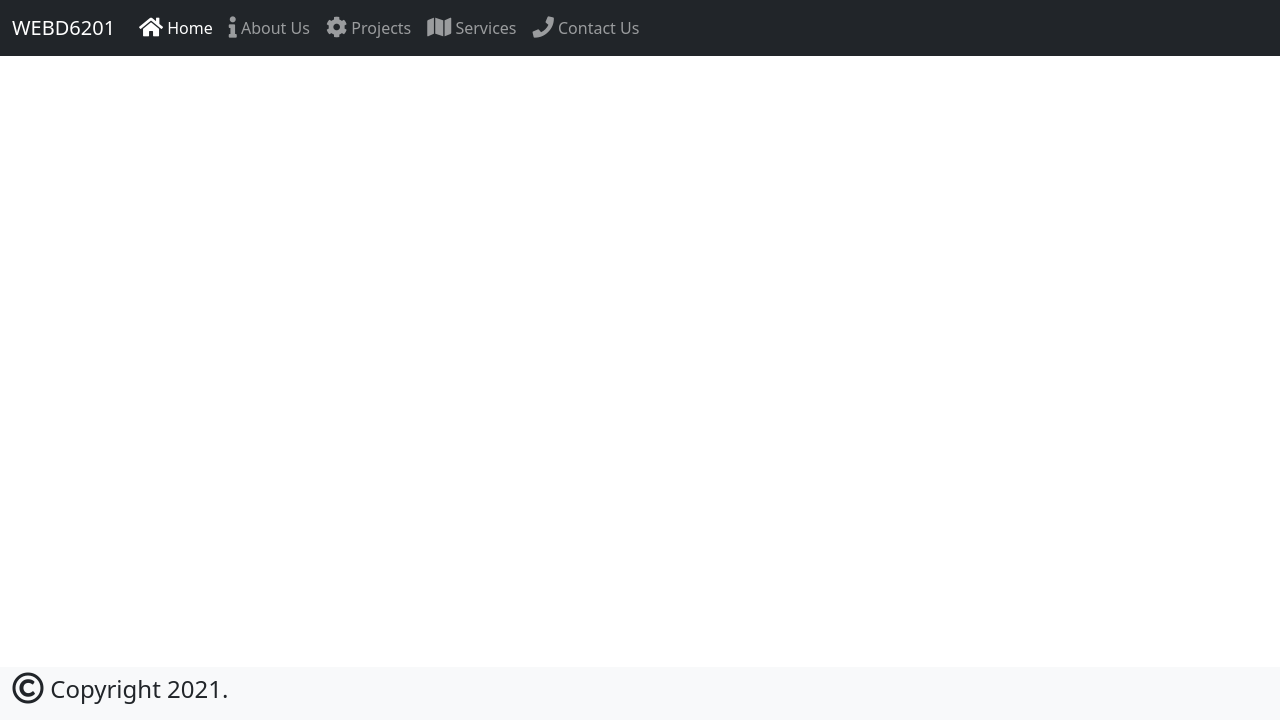
Repository: Sub4Sub/Lab_1
Page: index.html
An editor plug-in stored every save of this project. The page is shown before and after the next save, followed by the edit.
The browser window is 1280 px wide. The pictures show the whole page.

Above is the page before, as saved 2021-02-03 17:54:45.

### index.html
<!DOCTYPE html>
<html lang="en">
<head>
    <meta charset="UTF-8">
    <meta name="viewport" content="width=device-width, initial-scale=1.0">
    <title>Home</title>
    <!-- CSS Section -->
    <link rel="stylesheet" href="./node_modules/bootstrap/dist/css/bootstrap.min.css">
    <link rel="stylesheet" href="./node_modules/@fortawesome/fontawesome-free/css/all.min.css">
    <link rel="stylesheet" href="./Content/app.css">
</head>
<body>
    <!-- Main Header -->
    <header>
        <!-- Main Navigation -->
        <nav class="navbar navbar-expand-lg navbar-dark bg-dark">
            <div class="container-fluid">
              <a class="navbar-brand" href="index.html">WEBD6201</a>
              <button class="navbar-toggler" type="button" data-bs-toggle="collapse" data-bs-target="#navbarSupportedContent" aria-controls="navbarSupportedContent" aria-expanded="false" aria-label="Toggle navigation">
                <span class="navbar-toggler-icon"></span>
              </button>
              <div class="collapse navbar-collapse" id="navbarSupportedContent">
                <ul class="navbar-nav me-auto mb-2 mb-lg-0">
                  <li class="nav-item">
                    <a class="nav-link active" aria-current="page" href="index.html"><i class="fas fa-home fa-lg"></i> Home</a>
                  </li>

                  <li class="nav-item">
                    <a class="nav-link" aria-current="page" href="about.html"><i class="fas fa-info fa-lg"></i> About Us</a>
                  </li>

                  <li class="nav-item">
                    <a class="nav-link" aria-current="page" href="projects.html"><i class="fas fa-cog fa-lg"></i> Projects</a>
                  </li>

                  <li class="nav-item">
                    <a class="nav-link" aria-current="page" href="services.html"><i class="fas fa-map fa-lg"></i> Services</a>
                  </li>

                  <li class="nav-item">
                    <a class="nav-link" aria-current="page" href="contact.html"><i class="fas fa-phone fa-lg"></i> Contact Us</a>
                  </li>
                </ul>
              </div>
            </div>
          </nav>
    </header>

    <!-- Main Content -->
    <main class="container">
    </main>

    <!-- Main Footer -->
    <footer>
        <nav class="navbar fixed-bottom navbar-light bg-light">
            <div class="container-fluid">
              <h4><i class="far fa-copyright fa-lg"></i> Copyright 2021.</h4>
            </div>
          </nav>
    </footer>

    <!-- Script Section-->
    <script src="./node_modules/jquery/dist/jquery.min.js"></script>
    <script src="./node_modules/bootstrap/dist/js/bootstrap.bundle.min.js"></script>
    <script src="./Scripts/app.js"></script>
</body>
</html>

Loaded but not shown: node_modules/bootstrap/dist/css/bootstrap.min.css (library); node_modules/@fortawesome/fontawesome-free/css/all.min.css (library); node_modules/jquery/dist/jquery.min.js (library); node_modules/bootstrap/dist/js/bootstrap.bundle.min.js (library); Scripts/app.js (no copy from this time; the picture is the same without it); Content/app.css (no stored copy; drawn as an empty file)

After the next save:
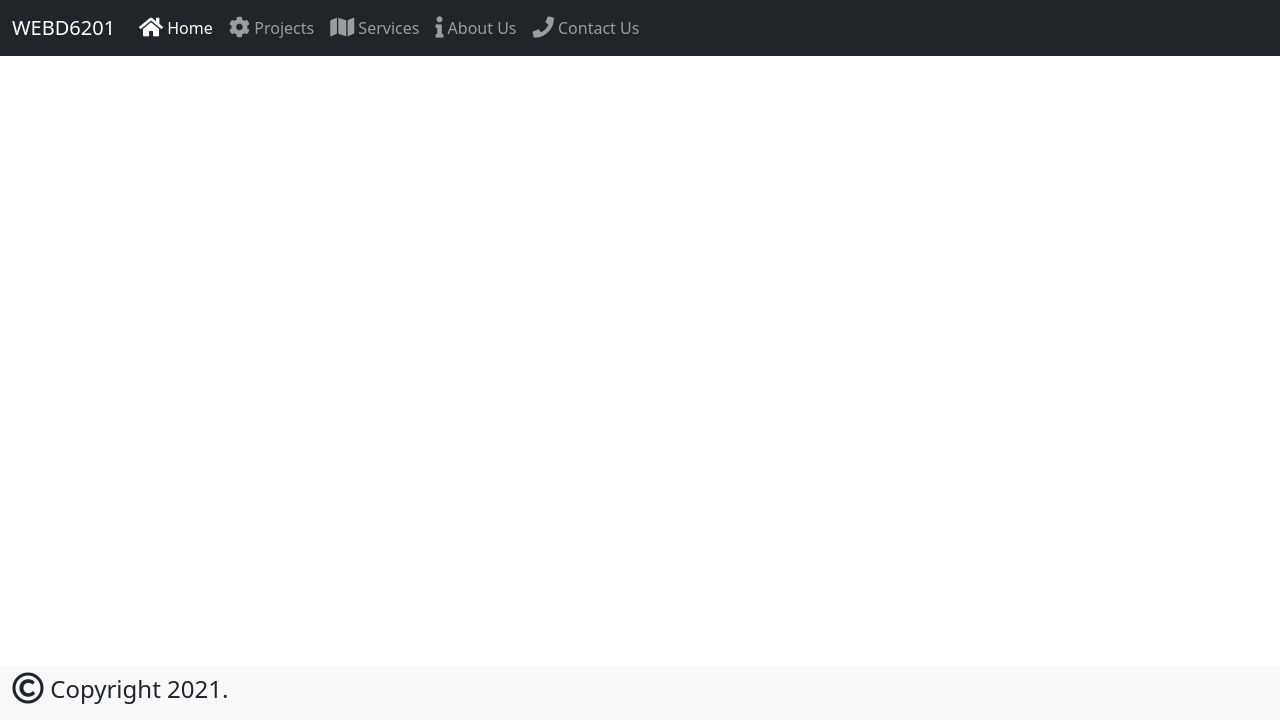
Saved 54 s later.
--- a/index.html
+++ b/index.html
@@ -26,15 +26,15 @@
                   </li>
 
                   <li class="nav-item">
-                    <a class="nav-link" aria-current="page" href="about.html"><i class="fas fa-info fa-lg"></i> About Us</a>
-                  </li>
-
-                  <li class="nav-item">
                     <a class="nav-link" aria-current="page" href="projects.html"><i class="fas fa-cog fa-lg"></i> Projects</a>
                   </li>
 
                   <li class="nav-item">
                     <a class="nav-link" aria-current="page" href="services.html"><i class="fas fa-map fa-lg"></i> Services</a>
+                  </li>
+
+                  <li class="nav-item">
+                    <a class="nav-link" aria-current="page" href="about.html"><i class="fas fa-info fa-lg"></i> About Us</a>
                   </li>
 
                   <li class="nav-item">
